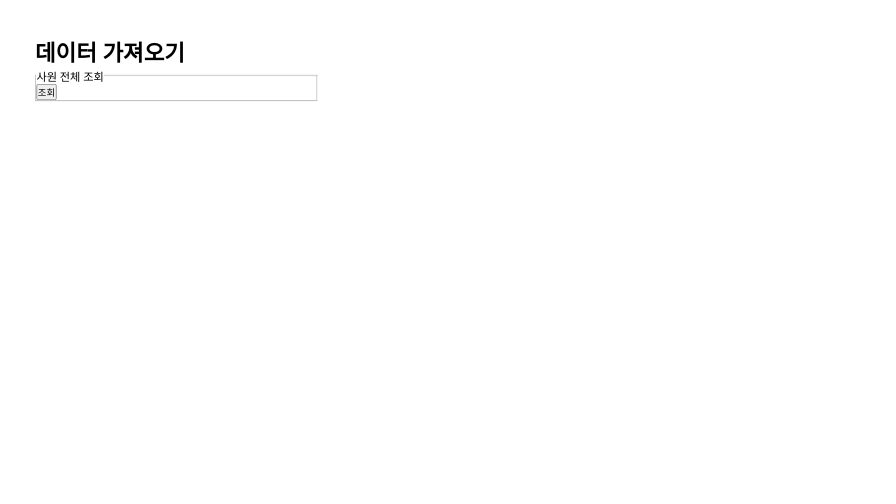
Repository: lafayetteey/WorkSpace_JQ_Ajax
Page: workspace_jq_Ajax/UI_JQ_Ajax/WebContent/jq22_ajax.html
The author's editor kept a copy of each file at every save. The page is drawn from the files as they stood at one save, then again after the next save.
The browser window is 1280 px wide. The pictures show the part of the page from y = 0 to 1920 px (the page is 720 px tall before and 3217 px after), at 70% of full size.
After loading, the first visible `#emp_search` was clicked once.

Above is the page before, as saved 2020-06-22 05:47:22.
Console error: TypeError: elem.length.eq is not a function

After the next save:
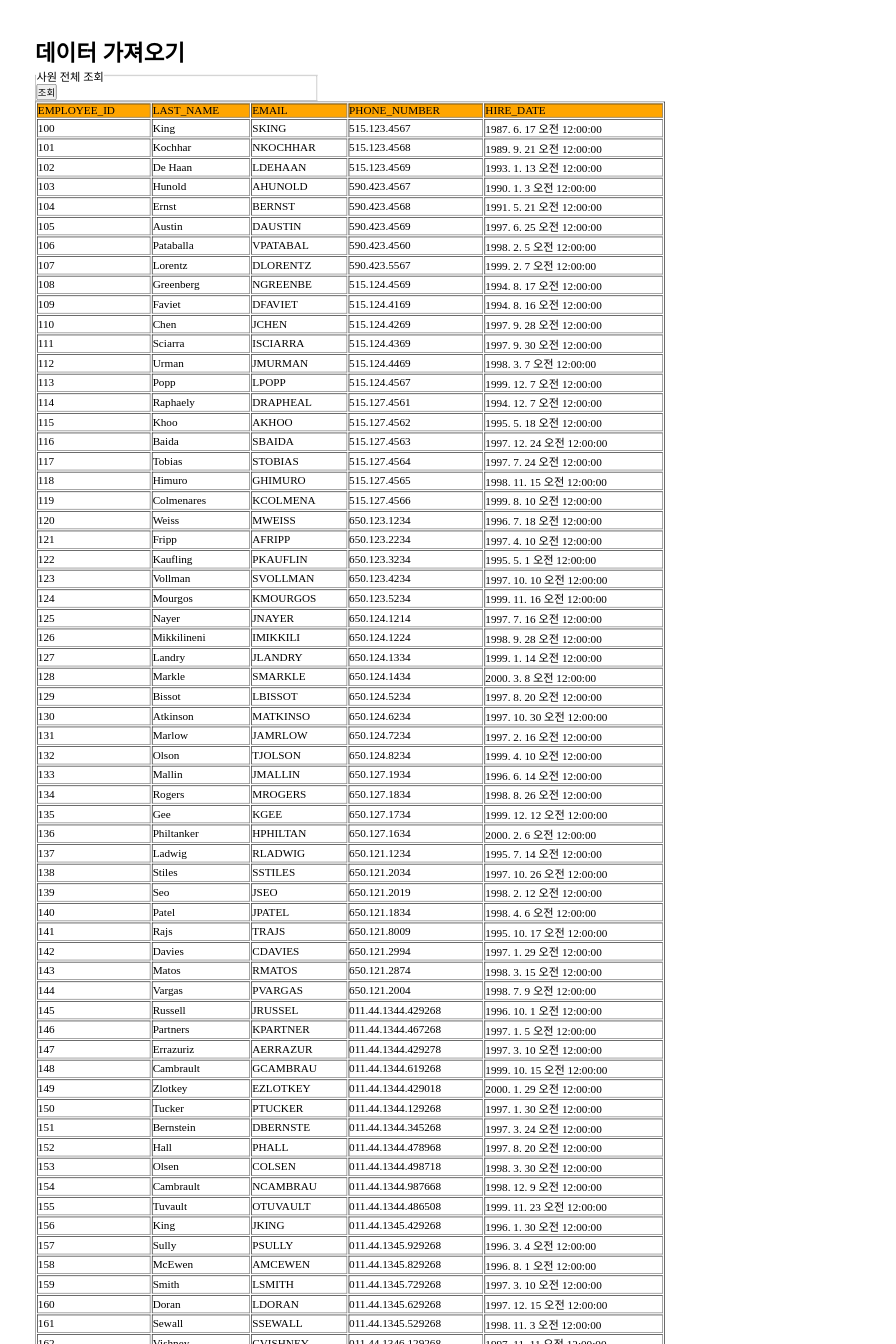
The error is gone.
Saved 36 s later.
--- a/workspace_jq_Ajax/UI_JQ_Ajax/WebContent/js/create_table.js
+++ b/workspace_jq_Ajax/UI_JQ_Ajax/WebContent/js/create_table.js
@@ -12,7 +12,7 @@ function makeTable(elem){
 	}
 	for(var i=0; i<elem.length; i++) {
 		$tr = $("<tr>");
-		for(var j=0; j<elem.length.eq(i).children().length; j++){
+		for(var j=0; j<elem.eq(i).children().length; j++){
 			$td = $("<td>").append( elem.eq(i).children().eq(j).text());
 			$tr.append($td);
 		}
